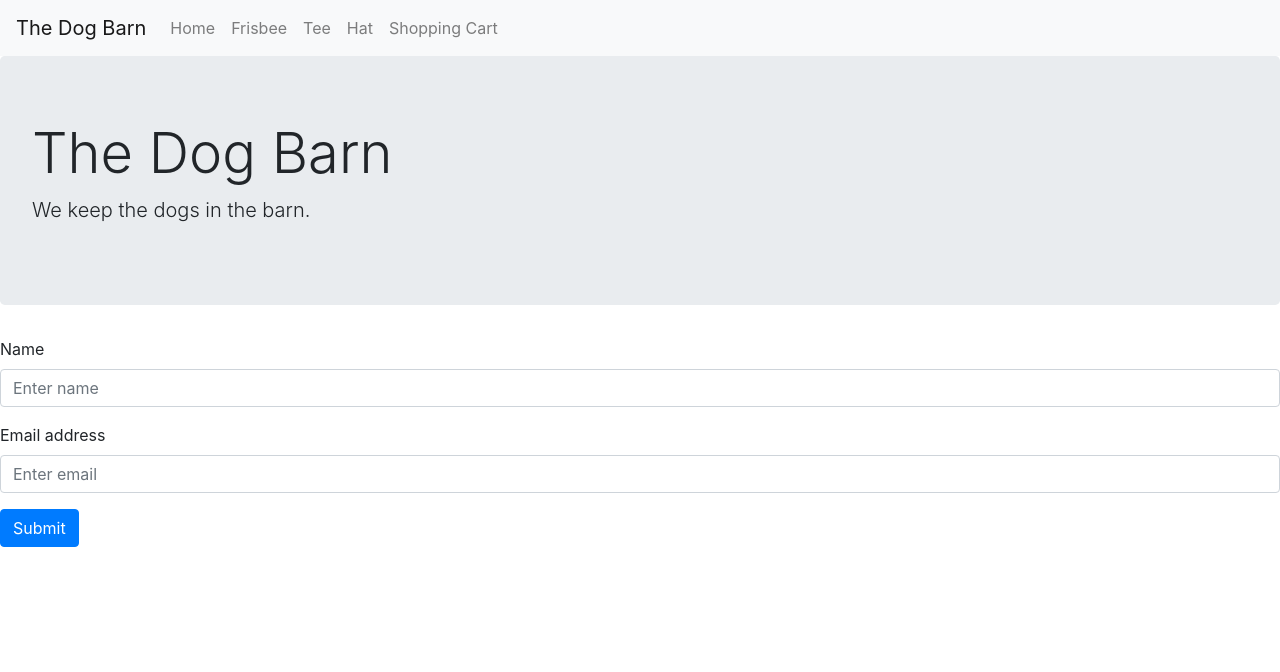
Repository: crudolph1214/SQL-Project
Page: http://localhost/checkout.php
The author's editor kept a record of every edit. The page is drawn from the files as they stood at one moment, then again after the next edit.
The browser window is 1280 px wide. The pictures show the whole page.
The page is run by PHP 8.4 with error messages shown; the project is at /var/www/html/.

Above is the page before.

### workspace/checkout.php
<!DOCTYPE html>
<html lang="en">
    <head>
        <!-- Required meta tags -->
        <meta charset="utf-8">
        <meta name="viewport" content="width=device-width, initial-scale=1, shrink-to-fit=no">

        <!-- Bootstrap CSS -->
        <link rel="stylesheet" href="https://stackpath.bootstrapcdn.com/bootstrap/4.1.0/css/bootstrap.min.css" integrity="sha384-9gVQ4dYFwwWSjIDZnLEWnxCjeSWFphJiwGPXr1jddIhOegiu1FwO5qRGvFXOdJZ4" crossorigin="anonymous">

        <title>The Dog Barn</title>
    </head>
    <body>
        <nav class="navbar navbar-expand-lg navbar-light bg-light">
            <a class="navbar-brand" href="index.php">The Dog Barn</a>
            <button class="navbar-toggler" type="button" data-toggle="collapse" data-target="#navbarNav" aria-controls="navbarNav" aria-expanded="false" aria-label="Toggle navigation">
                <span class="navbar-toggler-icon"></span>
            </button>
            <div class="collapse navbar-collapse" id="navbarNav">
                <ul class="navbar-nav">
                    <li class="nav-item">
                        <a class="nav-link" href="index.php">Home</a>
                    </li>
                    <li class="nav-item">
                        <a class="nav-link" href="frisbee.php">Frisbee</a>
                    </li>
                    <li class="nav-item">
                        <a class="nav-link" href="tee.php">Tee</a>
                    </li>
                    <li class="nav-item">
                        <a class="nav-link" href="hat.php">Hat</a>
                    </li>
                    <li class="nav-item">
                        <a class="nav-link" href="shoppingcart.php">Shopping Cart</a>
                    </li>
                </ul>
            </div>
        </nav>

        <div class="jumbotron">
            <h1 class="display-4">The Dog Barn</h1>
            <p class="lead">We keep the dogs in the barn.</p>
        </div>

        <form action="checkout.php" method="get">
            <div class="form-group">
                <label for="name">Name</label>
                <input type="text" class="form-control" id="name" placeholder="Enter name">
            </div>
            <div class="form-group">
                <label for="email">Email address</label>
                <input type="email" class="form-control" id="email" aria-describedby="emailHelp" placeholder="Enter email">
            </div>
            <button type="submit" class="btn btn-primary">Submit</button>
        </form>

        <!-- jQuery first, then Popper.js, then Bootstrap JS -->
        <script src="https://code.jquery.com/jquery-3.3.1.slim.min.js" integrity="sha384-q8i/X+965DzO0rT7abK41JStQIAqVgRVzpbzo5smXKp4YfRvH+8abtTE1Pi6jizo" crossorigin="anonymous"></script>
        <script src="https://cdnjs.cloudflare.com/ajax/libs/popper.js/1.14.0/umd/popper.min.js" integrity="sha384-cs/chFZiN24E4KMATLdqdvsezGxaGsi4hLGOzlXwp5UZB1LY//20VyM2taTB4QvJ" crossorigin="anonymous"></script>
        <script src="https://stackpath.bootstrapcdn.com/bootstrap/4.1.0/js/bootstrap.min.js" integrity="sha384-uefMccjFJAIv6A+rW+L4AHf99KvxDjWSu1z9VI8SKNVmz4sk7buKt/6v9KI65qnm" crossorigin="anonymous"></script>
    </body>
</html>

After the next edit:
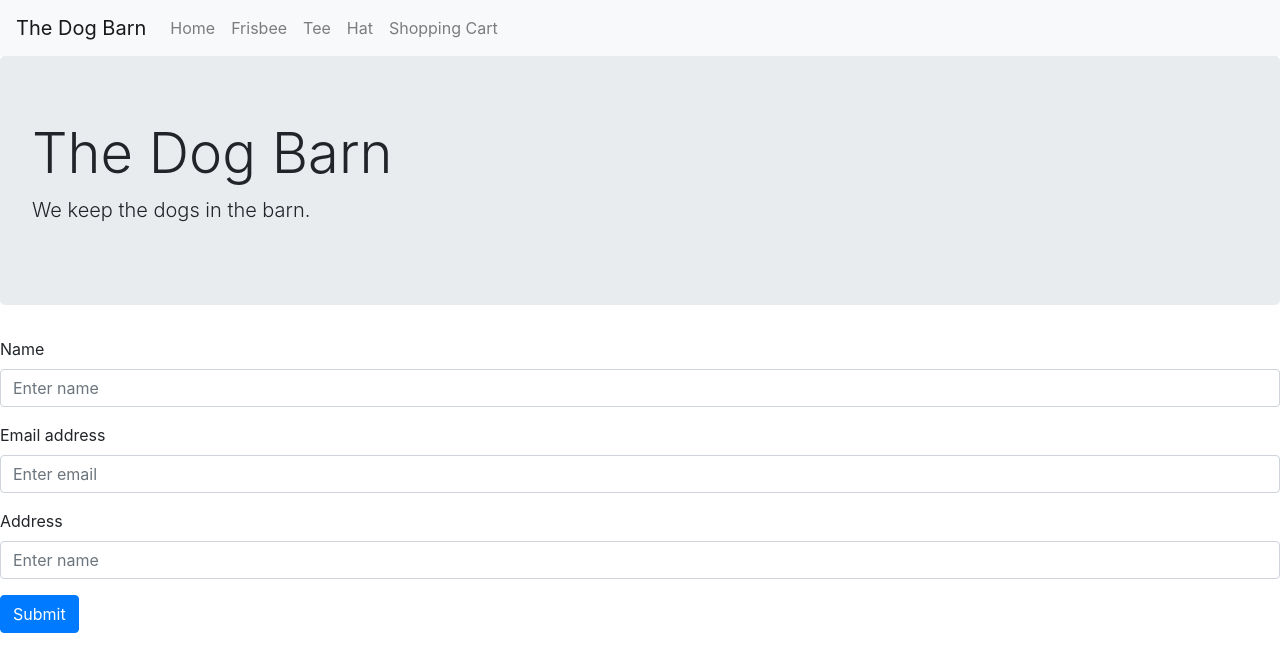
The edit:
--- a/workspace/checkout.php
+++ b/workspace/checkout.php
@@ -51,6 +51,10 @@
                 <label for="email">Email address</label>
                 <input type="email" class="form-control" id="email" aria-describedby="emailHelp" placeholder="Enter email">
             </div>
+            <div class="form-group">
+                <label for="name">Address</label>
+                <input type="text" class="form-control" id="name" placeholder="Enter name">
+            </div>
             <button type="submit" class="btn btn-primary">Submit</button>
         </form>
 

After the 2 edits that followed:
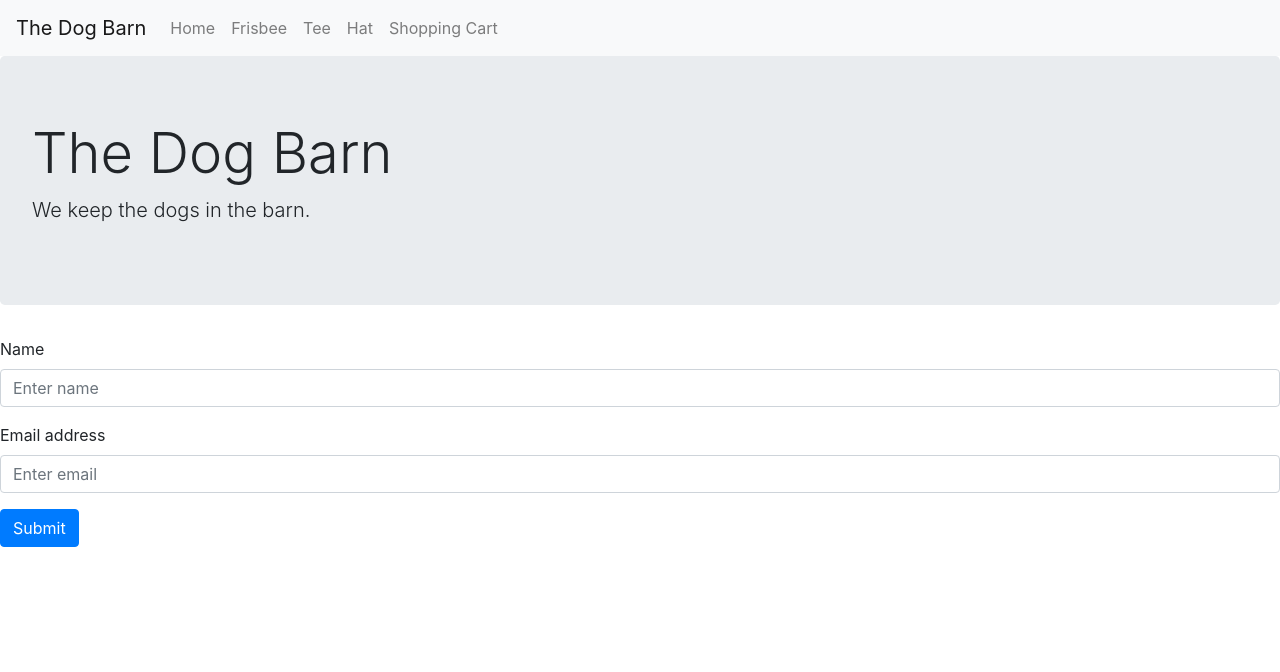
The 2 edits are shown as one change because 1 left the picture as it was.
The edit:
--- a/workspace/checkout.php
+++ b/workspace/checkout.php
@@ -42,7 +42,7 @@
             <p class="lead">We keep the dogs in the barn.</p>
         </div>
 
-        <form action="checkout.php" method="get">
+        <form action="processcheckout.php" method="post">
             <div class="form-group">
                 <label for="name">Name</label>
                 <input type="text" class="form-control" id="name" placeholder="Enter name">
@@ -51,9 +51,6 @@
                 <label for="email">Email address</label>
                 <input type="email" class="form-control" id="email" aria-describedby="emailHelp" placeholder="Enter email">
             </div>
-            <div class="form-group">
-                <label for="name">Address</label>
-                <input type="text" class="form-control" id="name" placeholder="Enter name">
             </div>
             <button type="submit" class="btn btn-primary">Submit</button>
         </form>
